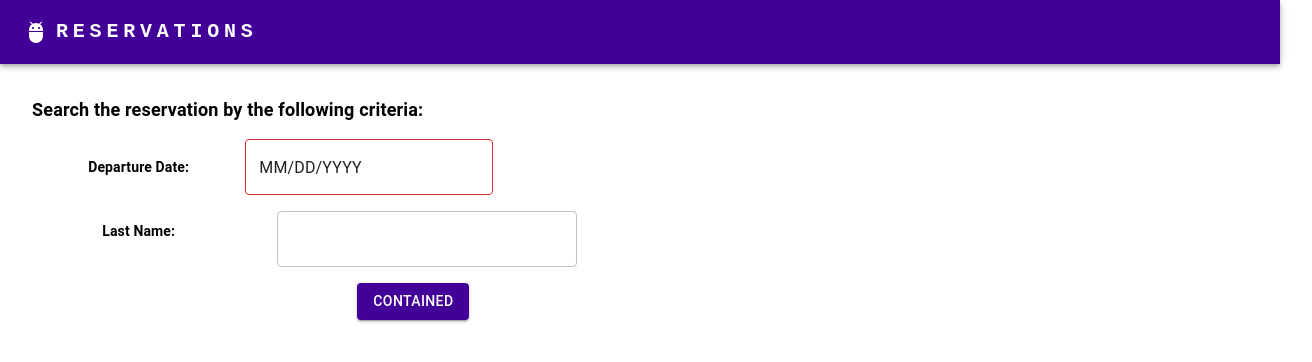
Repository: jbpadilha/reservationAWSRXJS
Page: /search
The author's editor kept a copy of each file at every save. The page is drawn from the files as they stood at one save, then again after the next save.
The browser window is 1280 px wide. The page is 1312 px wide, so the pictures cover 1312 px, including what lies to the right of the window. The pictures show the whole page.
The project was rebuilt for these pictures with package versions that can differ from the ones it lists, and the page was loaded fresh each time. Also part of the build but not shown: src/App.css.

Above is the page before, as saved 2023-07-11 20:49:43.

After the next save:
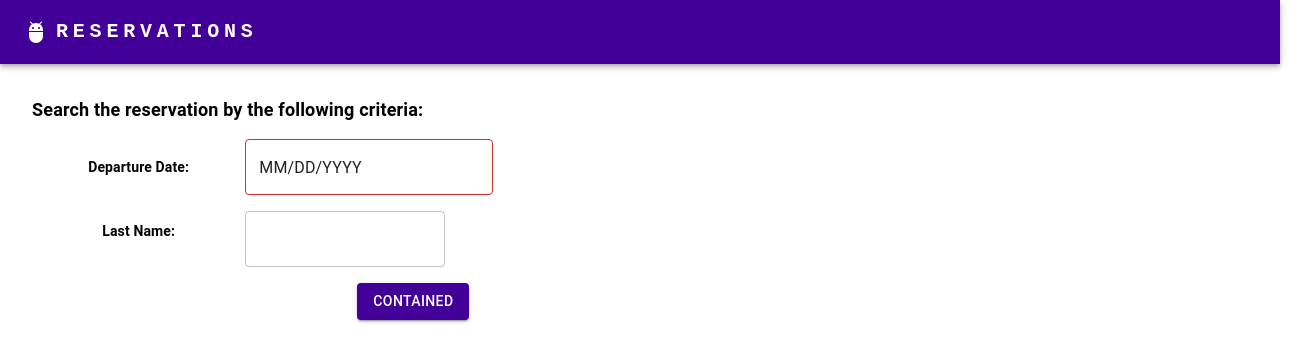
Saved 12 s later.
--- a/src/components/SearchReservations.tsx
+++ b/src/components/SearchReservations.tsx
@@ -43,14 +43,14 @@ const SearchReservations = () => {
                 {t("lastName")}:
               </Typography>
             </Grid>
-            <Grid item xs={10} sx={{ marginTop: 2, paddingLeft: 4 }}>
+            <Grid item xs={10} sx={{ marginTop: 2 }}>
               <TextField
                 id="outlined-controlled"
                 value={lastName}
                 onChange={(event: React.ChangeEvent<HTMLInputElement>) => {
                   setLasName(event.target.value);
                 }}
-                sx={{ width: 300 }}
+                sx={{ width: 200 }}
               />
             </Grid>
           </Grid>
